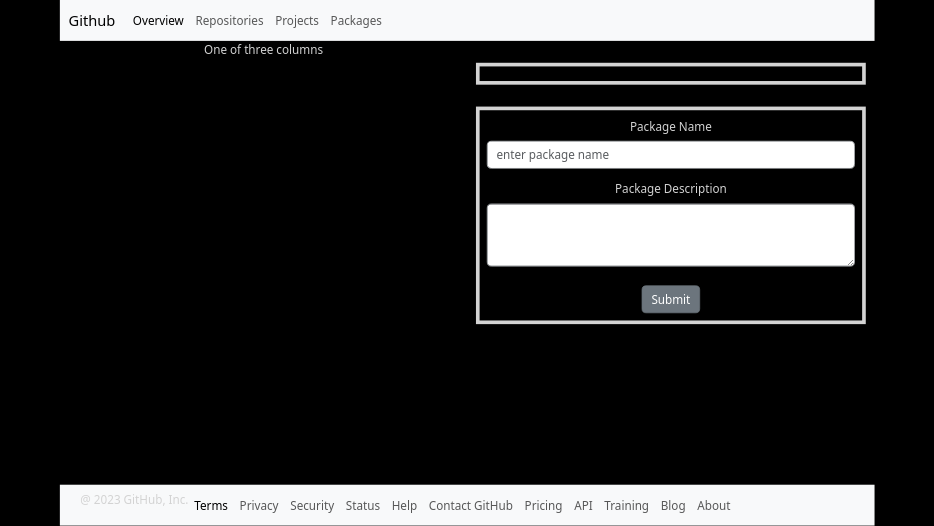
Repository: nss-evening-cohort-E23/gitsub-pull-request-posse
Page: packages.html
An editor plug-in stored every save of this project. The page is shown before and after a run of saves, followed by the edit.
The browser window is 1280 px wide. The pictures show the whole page, at 73% of full size.

Above is the page before, as saved 2023-05-09 19:14:49.
Console error: SyntaxError: Unexpected end of input

After the next 5 saves:
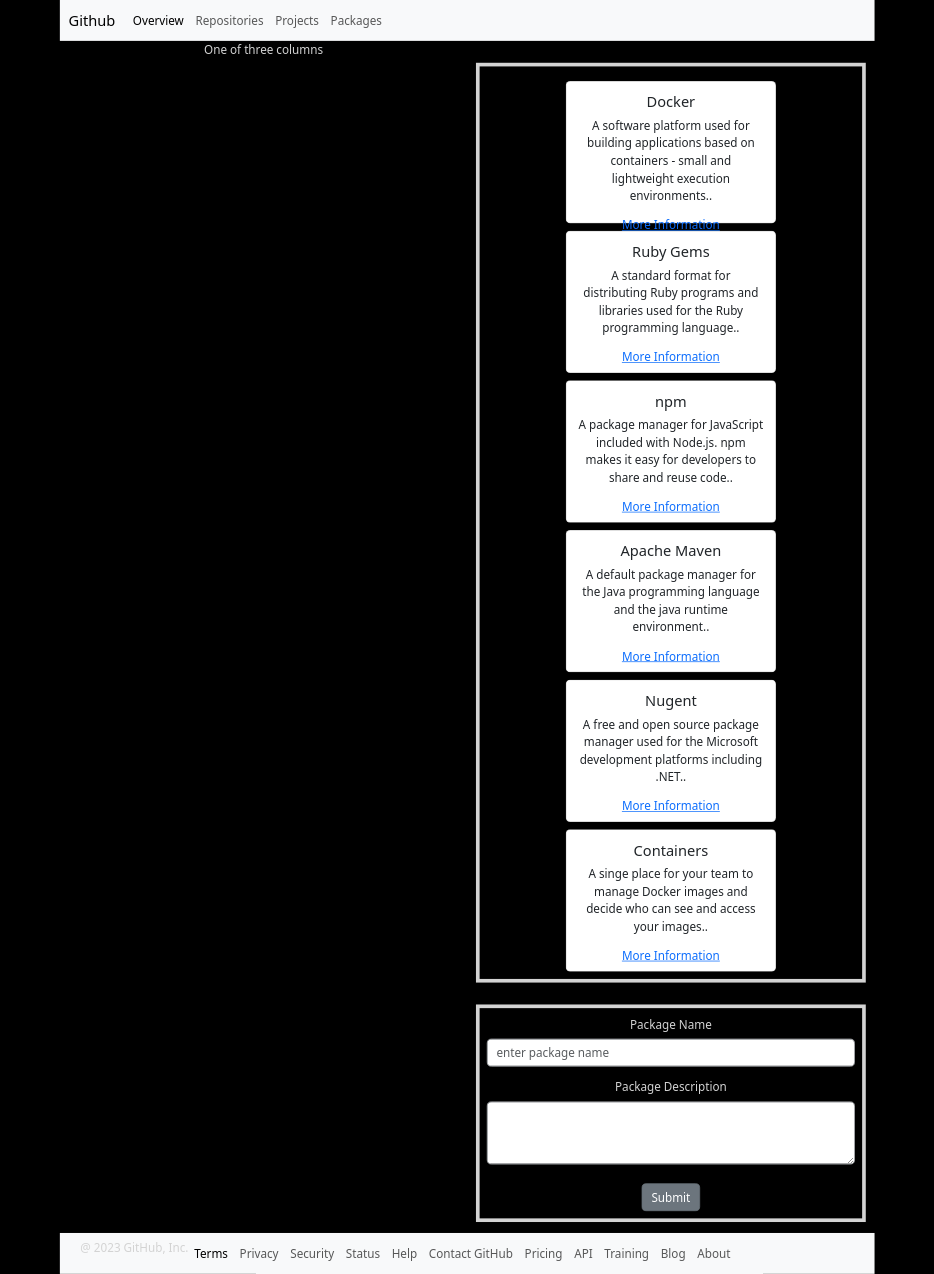
The error is gone.
The 5 saves are shown as one change because they came seconds apart.
The last was saved 12 s later.
--- a/main.js
+++ b/main.js
@@ -91,4 +91,5 @@
 
   packages.push(newPackage);
   packagesOnDome(packages);
-  form.rese
+  form.reset();
+}
